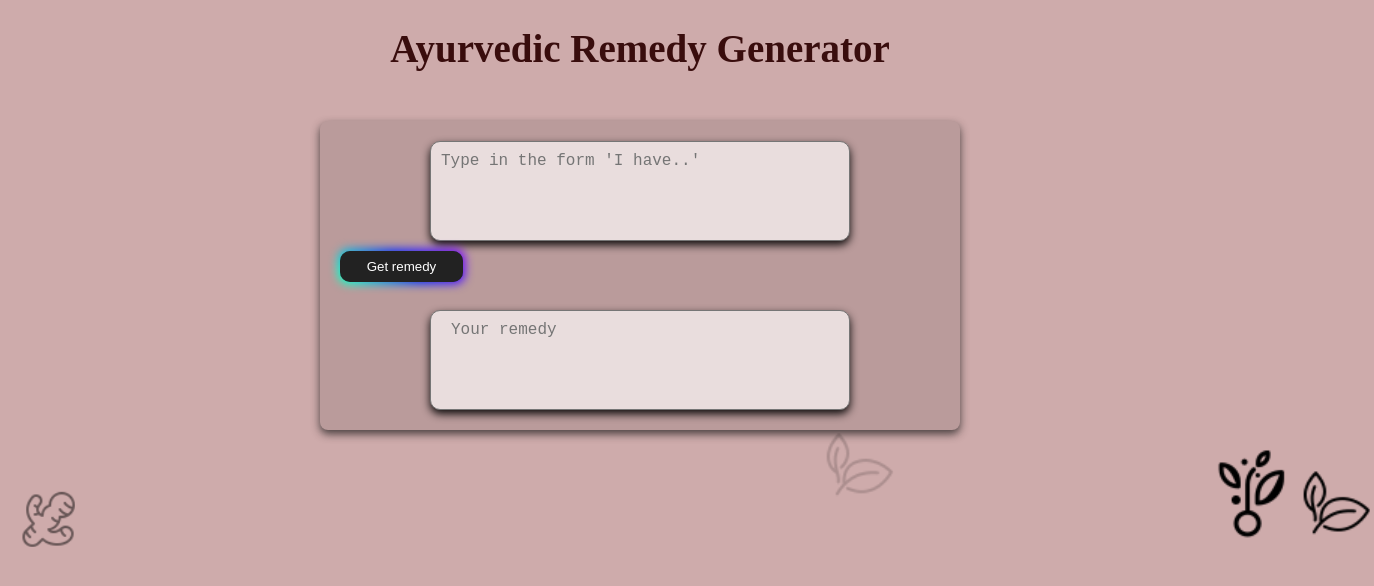
Repository: krutarthh/Ayurvedic-Remedy
Page: index.html
The author's editor kept a copy of each file at every save. The page is drawn from the files as they stood at one save, then again after the next save.
The browser window is 1280 px wide. The page is 1374 px wide, so the pictures cover 1374 px, including what lies to the right of the window. The pictures show the whole page.

Above is the page before, as saved 2024-04-10 15:19:08.

### index.html
<!DOCTYPE html>
<html>
<head>
  <script type="importmap">
    {
      "imports": {
        "@google/generative-ai": "https://esm.run/@google/generative-ai"
      }
    }
  </script>
</head>
<body>
  <h1 id="main_title">Ayurvedic Remedy Generator</h1>
  <div class="container">
    <link rel="stylesheet" href="app.css">
    <textarea id="user_input" placeholder="Type in the form 'I have..'" type="container"></textarea>
    <button id="Send" type="container">Get remedy</button>
    <br><br>
    <textarea id="answer" placeholder="Your remedy" type="container"></textarea>


  </div>
  <div class="muzieknootjes">
      <div class="noot-1">
        <img src="images/icons8-ginger-50.png">
      </div>
      <div class="noot-2">
        <img src="images/icons8-ayurveda-64.png">
      </div>
      <div class="noot-3">
        <img src="images/icons8-herb-50.png">
      </div>
      <div class="noot-4">
        <img src="images/icons8-ayurveda-64.png">
        <img src="images/icons8-herb-50.png">
      </div>
    </div>
  <script type="module" src="app.js"></script>
</body>
</html>

### app.css
/* app.css */
body {
    background: #ceabab;
}
.container {

    max-width: 600px;
    margin: 50px auto;
    padding: 20px;
    background-color: #ba9b9b;;
    border-radius: 8px;
    box-shadow: 0 4px 8px rgba(62, 55, 55, 0.931);
}
#user_input,
#answer {
    width: 70%;
    padding: 10px;
    font-size: 16px;
background-color: #e9dddd;
    border-radius: 10px; /* Add border-radius property with a value of 10px */
    box-sizing: border-box;
    resize: none;
    height: 100px;
    margin: 0 auto;
    display: block;
    box-shadow: 0 4px 8px rgba(0, 0, 0, 0.931);
}

#user_input {
    margin-bottom: 10px;
}




#answer {
    padding-left: 20px;
    margin-top: 10px;
}

#main_title {
    text-align: center;
    font-size: 39px;
    color: #390d0d;
    margin-bottom: 20px;
}



.muzieknootjes {
    display: block;
    margin: auto;
    position: relative;
    width: 100%;
    min-width: 200px;
    height: 100px;
    border: 0px solid #947070;
  }

  .noot-1,
  .noot-2,
  .noot-3,
  .noot-4 {
    position: absolute;
    animation: notes 2s infinite linear;
    font-size: 1px;
    opacity: 1;
  }

  .noot-1 {
    top: 30px;
    left: 0;
    animation-delay: 0.5s;
  }

  .noot-2 {
    top: 30px;
    left: 30%;
    animation-delay: 1s;
  }

  .noot-3 {
    top: 30px;
    left: 60%;
    animation-delay: 1.5s;
  }

  .noot-4 {
    top: 30px;
    left: 90%;
    animation-delay: 2s;
  }

  @keyframes notes {
    0% {
      transform: scale(1) translate(0, 0);
      opacity: 0;
    }
    50% {
      opacity: 1;
      transform: scale(1.5) translate(50%, -50%);
    }
    80% {
      opacity: 0;
      transform: scale(1.5) translate(100%, -100%);
    }
    100% {
      transform: scale(1.5) translate(100%, -100%);
      opacity: 0;
    }
  }





/* CSS */
#Send {
  padding: 0.6em 2em;
  border: none;
  outline: none;
  color: rgb(255, 255, 255);
  background: #111;
  cursor: pointer;
  position: relative;
  z-index: 0;
  left-margin: 50px;
  border-radius: 10px;
  user-select: none;
  -webkit-user-select: none;
  touch-action: manipulation;
}

#Send:before {
  content: "";
  background: linear-gradient(
    45deg,
    #ff0000,
    #ff7300,
    #fffb00,
    #48ff00,
    #00ffd5,
    #002bff,
    #7a00ff,
    #ff00c8,
    #ff0000
  );
  position: absolute;
  top: -2px;
  left: -2px;
  background-size: 400%;
  z-index: -1;
  filter: blur(5px);
  -webkit-filter: blur(5px);
  width: calc(100% + 4px);
  height: calc(100% + 4px);
  animation: glowing-button-85 20s linear infinite;
  transition: opacity 0.3s ease-in-out;
  border-radius: 10px;
}

@keyframes glowing-button-85 {
  0% {
    background-position: 0 0;
  }
  50% {
    background-position: 400% 0;
  }
  100% {
    background-position: 0 0;
  }
}

#Send:after {
  z-index: -1;
  content: "";
  position: absolute;
  width: 100%;
  height: 100%;
  background: #222;
  left: 0;
  top: 0;
  border-radius: 10px;
}

### app.js
import { GoogleGenerativeAI } from "@google/generative-ai";

// api call to get the model
const API_KEY = "AIzaSyDBtZZsASIYVyQiLgik32sfZeJjd2X8IPQ";


const genAI = new GoogleGenerativeAI(API_KEY);

const model = genAI.getGenerativeModel({ model: "gemini-pro" });

// fetchign the elements
const user_input = document.getElementById("user_input");
const answer_area = document.getElementById("answer");
const send_button = document.getElementById("Send");
// redirect from enter action to the clicking the button.
user_input.addEventListener("keyup", (event) => {
    if (event.key === "Enter") {
        send_button.click();
    }
});

// on click event to get the answer from the model
send_button.addEventListener("click", async () => {
    const question = user_input.value;
    const answer = await generateText(question + "give me a ayurvedic remedy, the answer should be short and specific, behave like a chatbot.");

    const filtered_answer = answer.replace(/\*/g, '');
    const typingSpeed = 28;
    const answerText = filtered_answer;
    let index = 0;
    function typeAnswer() {
        if (index < answerText.length) {
            answer_area.textContent += answerText.charAt(index);
            index++;
            setTimeout(typeAnswer, typingSpeed);
        }
    }

    typeAnswer();
});

// function to get the answer from the model
async function generateText(prompt) {

    const result = await model.generateContent(prompt);
    const response = await result.response;
    const text = await response.text();
    return text;
}

After the next save:
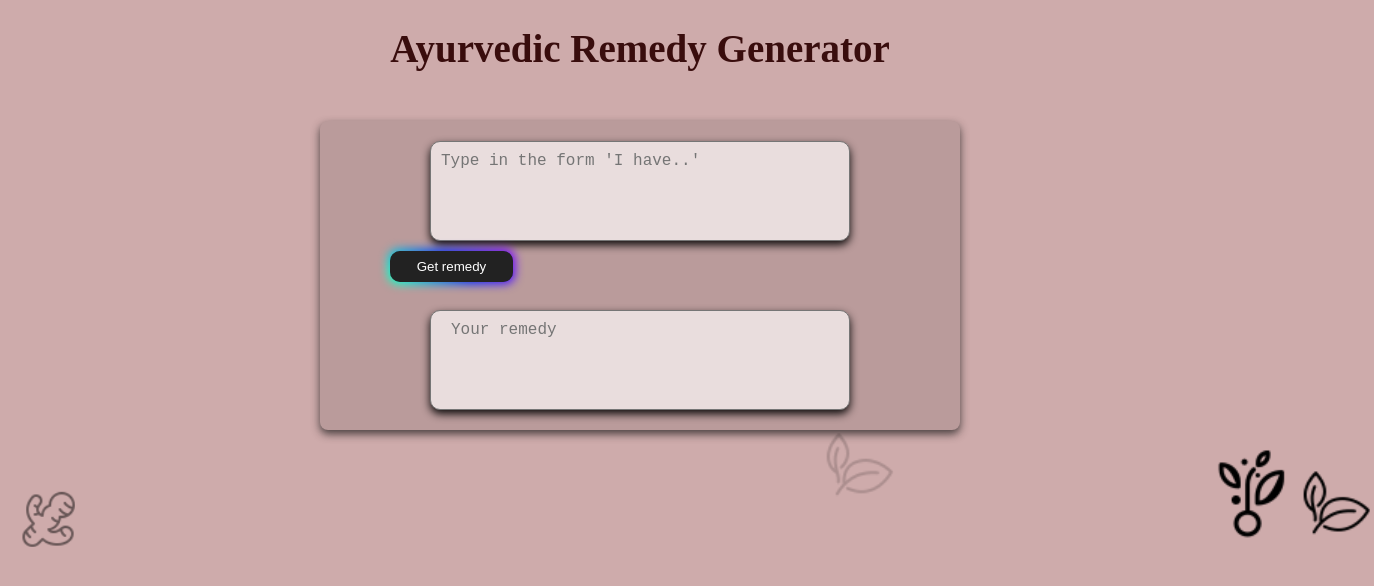
Saved 11 s later.
--- a/app.css
+++ b/app.css
@@ -124,7 +124,7 @@ background-color: #e9dddd;
   cursor: pointer;
   position: relative;
   z-index: 0;
-  left-margin: 50px;
+  margin-left: 50px;
   border-radius: 10px;
   user-select: none;
   -webkit-user-select: none;
